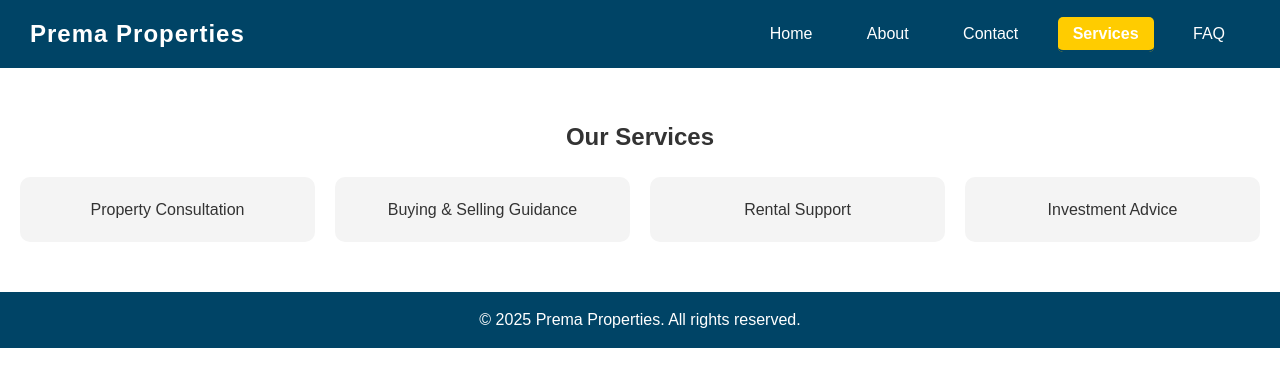
Repository: mnqobiMenzi/Prema-Properties
Page: services.html
An editor plug-in stored every save of this project. The page is shown before and after the next save, followed by the edit.
The browser window is 1280 px wide. The pictures show the whole page.

Above is the page before, as saved 2025-10-04 08:53:15.

After the next save:
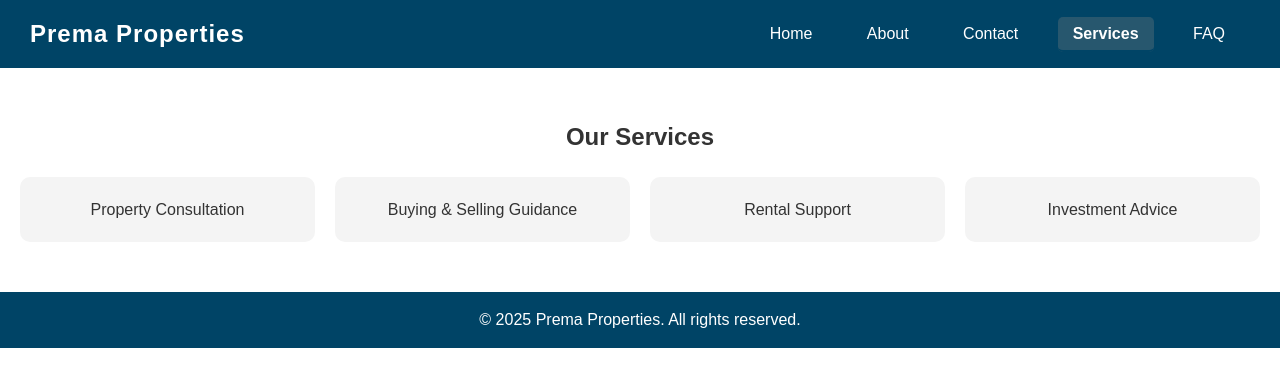
Saved 35 s later.
--- a/CSS/style.css
+++ b/CSS/style.css
@@ -50,7 +50,7 @@ header nav a:hover {
 }
 /* Active link */
 header nav a.active {
-  background: #ffcc00;
+  background: rgba(128, 128, 128, 0.3);
   font-weight: bold;
   border-bottom: 2px solid #004466;
 }
